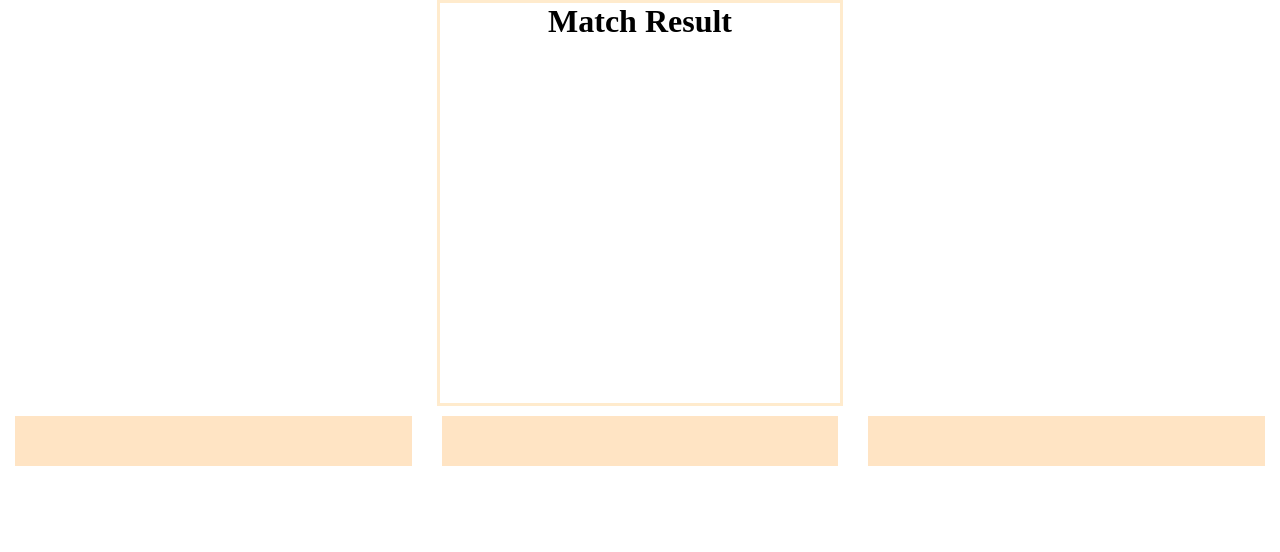
Repository: stevenxylver/mini-games
Page: index.html
The author's editor kept a copy of each file at every save. The page is drawn from the files as they stood at one save, then again after the next save.
The browser window is 1280 px wide. The pictures show the whole page.

Above is the page before, as saved 2022-07-16 13:32:21.

### index.html
<!DOCTYPE html>
<html lang="en">

<head>
    <meta charset="UTF-8">
    <meta http-equiv="X-UA-Compatible" content="IE=edge">
    <meta name="viewport" content="width=device-width, initial-scale=1.0">
    <title>Mini games</title>
    <link rel="stylesheet" href="style.css"/>

</head>

<body>
    <div id="app">
        <div class="summary">
            <h1 class="title">Match Result</h1>
            <h1 class="result"></h1>
        </div>
        <div class="games">
                <div class="option"></div>
                <div class="option"></div>
                <div class="option"></div>
            </div>
        </div>

    </body>

    </html>

### style.css
:root {
    box-sizing: border-box;
}

html,
body,
*{
    margin: 0;
    padding: 0;
}

#app {
    height: 100vh;
}

.summary{
    margin: 0 auto;
    border:  3px solid blanchedalmond;
    width: 400px;
    height: 400px;
    text-align: center;
}

.games{
    display: flex;
    justify-content: center;
    align-items: center;

}

.option {
    width: 30%;
    margin: 10px 15px ;
    padding: 25px;
    text-align: center;
    font-size: 40px;
    background-color: bisque;
}

After the next save:
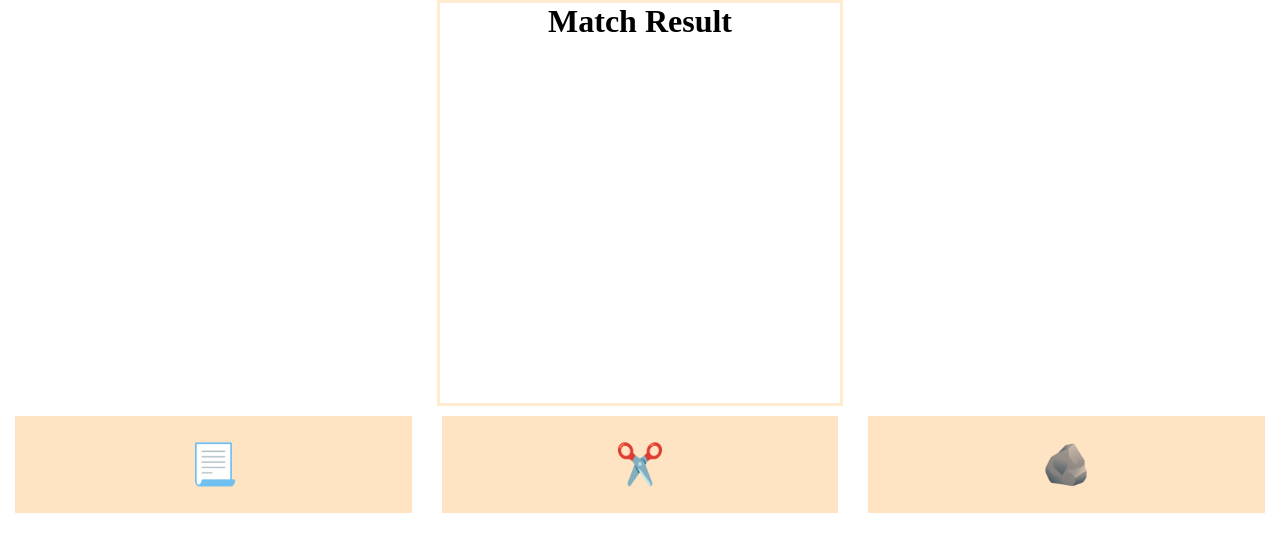
Saved 6 min 25 s later.
--- a/index.html
+++ b/index.html
@@ -17,9 +17,9 @@
             <h1 class="result"></h1>
         </div>
         <div class="games">
-                <div class="option"></div>
-                <div class="option"></div>
-                <div class="option"></div>
+                <div class="option">📃</div>
+                <div class="option">✂️</div>
+                <div class="option">🪨</div>
             </div>
         </div>
 
